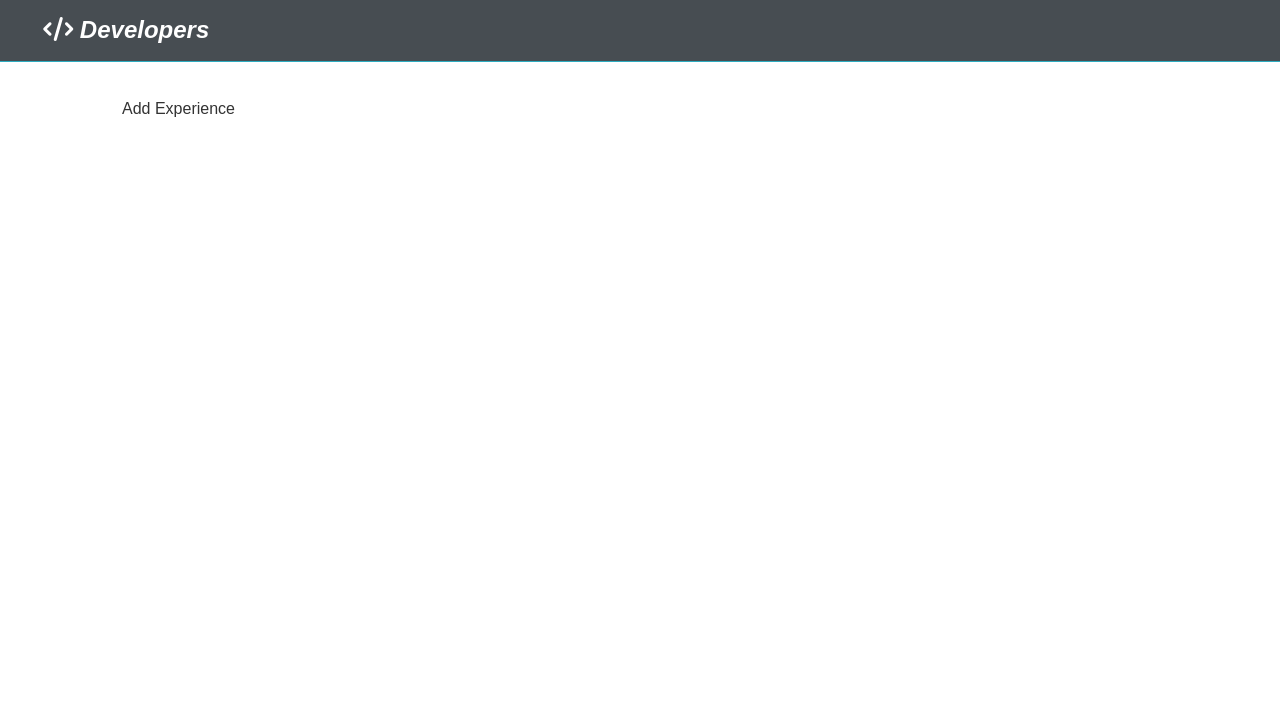
Repository: priyavmehta/Developers
Page: /add-experience (app in client/)
The author's editor kept a copy of each file at every save. The page is drawn from the files as they stood at one save, then again after the next save.
The browser window is 1280 px wide. The pictures show the whole page.
The page's requests for data from a server got no answer. Some web libraries are served in a nearby version. The project was rebuilt for these pictures with package versions that can differ from the ones it lists, and the page was loaded fresh each time. No one was signed in, and anything a server would have sent is missing. Also part of the build but not shown: client/src/components/layout/Landing.js, client/src/components/auth/Login.js, client/src/components/auth/Register.js, client/src/components/layout/Alert.js, client/src/components/layout/Spinner.js, client/src/components/dashboard/DashboardActions.js, client/src/components/dashboard/Dashboard.js, client/src/components/profile-forms/CreateProfile.js and 2 more. Imported but missing from the stored project, and not drawn on this page: client/src/actions/types.

Above is the page before, as saved 2020-12-17 23:46:05.

After the next save:
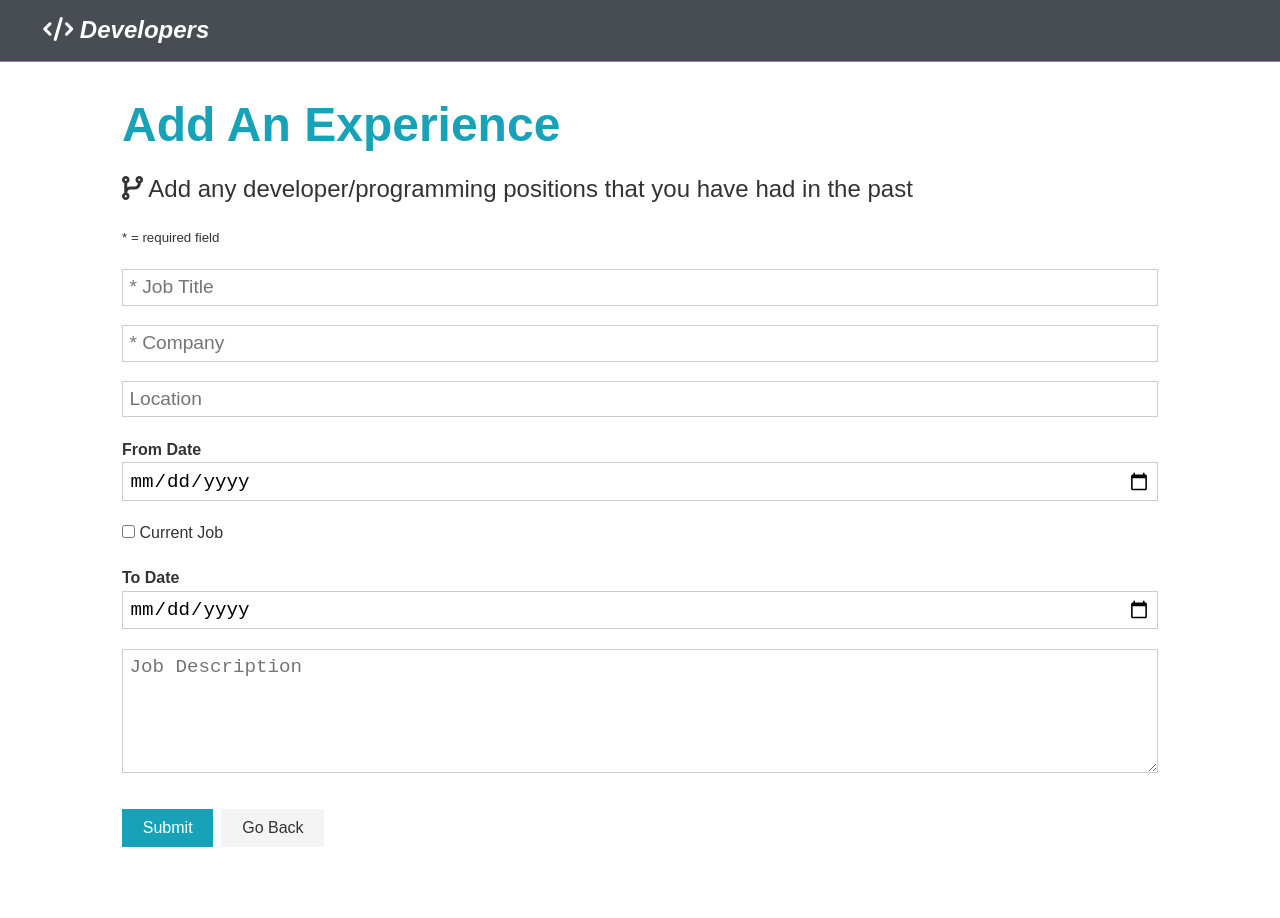
Saved 3 min 49 s later.
--- a/client/src/components/profile-forms/AddExperience.js
+++ b/client/src/components/profile-forms/AddExperience.js
@@ -1,14 +1,53 @@
-import React from 'react'
+import React, { Fragment } from 'react'
 import { connect } from 'react-redux';
 import { Link, withRouter } from 'react-router-dom';
 import { addExperience } from '../../actions/profile';
 
 const AddExperience = () => {
     return (
-        <div>
-            Add Experience
-        </div>
+        <Fragment>
+            <h1 class="large text-primary">
+            Add An Experience
+            </h1>
+            <p class="lead">
+                <i class="fas fa-code-branch"></i> Add any developer/programming
+                positions that you have had in the past
+            </p>
+            <small>* = required field</small>
+            <form class="form">
+                <div class="form-group">
+                    <input type="text" placeholder="* Job Title" name="title" required />
+                </div>
+                <div class="form-group">
+                    <input type="text" placeholder="* Company" name="company" required />
+                </div>
+                <div class="form-group">
+                    <input type="text" placeholder="Location" name="location" />
+                </div>
+                <div class="form-group">
+                    <h4>From Date</h4>
+                    <input type="date" name="from" />
+                </div>
+                <div class="form-group">
+                    <p><input type="checkbox" name="current" value="" /> Current Job</p>
+                </div>
+                <div class="form-group">
+                    <h4>To Date</h4>
+                    <input type="date" name="to" />
+                </div>
+                <div class="form-group">
+                    <textarea
+                        name="description"
+                        cols="30"
+                        rows="5"
+                        placeholder="Job Description"
+                    ></textarea>
+                </div>
+                <input type="submit" class="btn btn-primary my-1" />
+                <a class="btn btn-light my-1" href="dashboard.html">Go Back</a>
+            </form>
+        </Fragment>
     )
 }
 
-export default AddExperience
+export default connect(null, { addExperience })(AddExperience)
